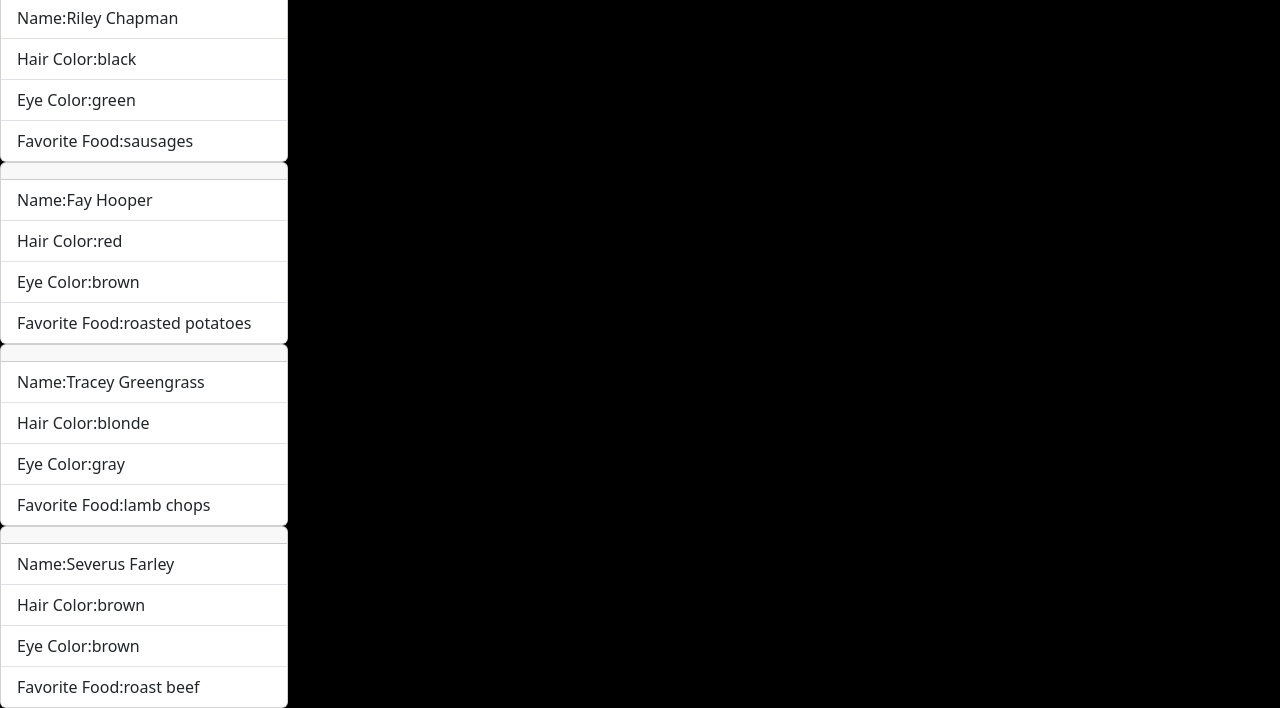
Repository: jontslater/INDIVIDUAL-PROJECT-sorting-hat
Page: index.html
An editor plug-in stored every save of this project. The page is shown before and after the next save, followed by the edit.
The browser window is 1280 px wide. The pictures show the part of the page from y = 541 to 1249 px (the page is 1249 px tall).
A picture or video elsewhere on the page could not be fetched, so the positions and the page height are approximate.

Above is the page before, as saved 2023-10-30 20:05:32.

### index.html
<!DOCTYPE html>
<html lang="en">
<head>
  <meta charset="UTF-8">
  <meta name="viewport" content="width=device-width, initial-scale=1.0">
  <title>SortingHat</title>

  <link href="https://cdn.jsdelivr.net/npm/bootstrap@5.3.2/dist/css/bootstrap.min.css" rel="stylesheet" integrity="sha384-T3c6CoIi6uLrA9TneNEoa7RxnatzjcDSCmG1MXxSR1GAsXEV/Dwwykc2MPK8M2HN" crossorigin="anonymous">
  <link rel="stylesheet" href="main.css">
</head>
<body>
  <div class="card">
    <div class="card-header">
      <img src="https://media.tenor.com/vkDuuNm40XoAAAAd/hogwarts-legacy-warner-bros-interactive-entertainment.gif" alt="">
    </div>
    <div class="card-body">
      <h5 class="card-title">Hello, I am the sorting hat!</h5>
      <p class="card-text">Right. Right then. Hmmmm. Right.... You are going to house .... </p>
      <button id="btn">Click here</button>
      <form id="form" class="names">
       <input type="text" id="firstLast" />First Name
       <input type="text" id="firstLast" />Last Name
       <input type="text" id="firstLast" />Hair color
       <input type="text" id="firstLast" />Eye color
       <input type="text" id="firstLast" />Favorite food
       <button type="submit" class="btn btn-primary">Enter House</button>
     </form>

    </div>
  </div>



  <div>

  </div>



  <div id="app"></div>

  <script src="https://cdn.jsdelivr.net/npm/bootstrap@5.3.2/dist/js/bootstrap.bundle.min.js" integrity="sha384-C6RzsynM9kWDrMNeT87bh95OGNyZPhcTNXj1NW7RuBCsyN/o0jlpcV8Qyq46cDfL" crossorigin="anonymous"></script>
  <script src="main.js"></script>
</body>
</html>

### main.js
const students =[
  {
    id: 1,
    firstName: "Riley",
    lastName: "Chapman",
    hairColor: "black",
    eyeColor: "green",
    favoriteFood: "sausages",
  },
  {
    id: 2,
    firstName: "Fay",
    lastName: "Hooper",
    hairColor: "red",
    eyeColor: "brown",
    favoriteFood: "roasted potatoes",
  },
  {
    id: 3,
    firstName: "Tracey",
    lastName: "Greengrass",
    hairColor: "blonde",
    eyeColor: "gray",
    favoriteFood: "lamb chops",
  },
  {
    id: 3,
    firstName: "Severus",
    lastName: "Farley",
    hairColor: "brown",
    eyeColor: "brown",
    favoriteFood: "roast beef",
  }
]
const app = document.querySelector("#app");
const btn = document.querySelector("#btn");

const renderToDom = (Students) =>{

  let domString = "";

  for(let student of students){

    domString += `<div class="card" style="width: 18rem;">
    <div class="card-header">
    </div>
    <ul class="list-group list-group-flush">

       <li class="list-group-item">Name:${student.firstName} ${student.lastName}
      <li class="list-group-item">Hair Color:${student.hairColor}
      <li class="list-group-item">Eye Color:${student.eyeColor}
      <li class="list-group-item">Favorite Food:${student.favoriteFood}
    </ul>
  </div>`
  }
  const app = document.querySelector("#app")
  app.innerHTML = domString
}

renderToDom(students)

btn.addEventListener("click", () => {
  const form = document.querySelector("form");

  if(form.style.display === "none"){
    form.style.display = "block";
  }else{
    form.style.display = "none";
  }
});

const form = document.querySelector("form");

const createStudent = (event) => {
  event.preventDefault();

  const newStudent = {
    id: students.length +1,
    firstName: document.querySelector("#firstName").value,
    lastName: document.querySelector("#lastName").value,
    hairColor: document.querySelector("hairColor").value,
    eyeColor: document.querySelector("#eyeColor").value,
    favoriteFood: document.querySelector("#favoriteFood").value,
  }
  students.push(newStudent);
  renderToDom(students);
  form.reset();
}
form.addEventListener("submit", createStudent)

Loaded but not shown: main.css (common file)

After the next save:
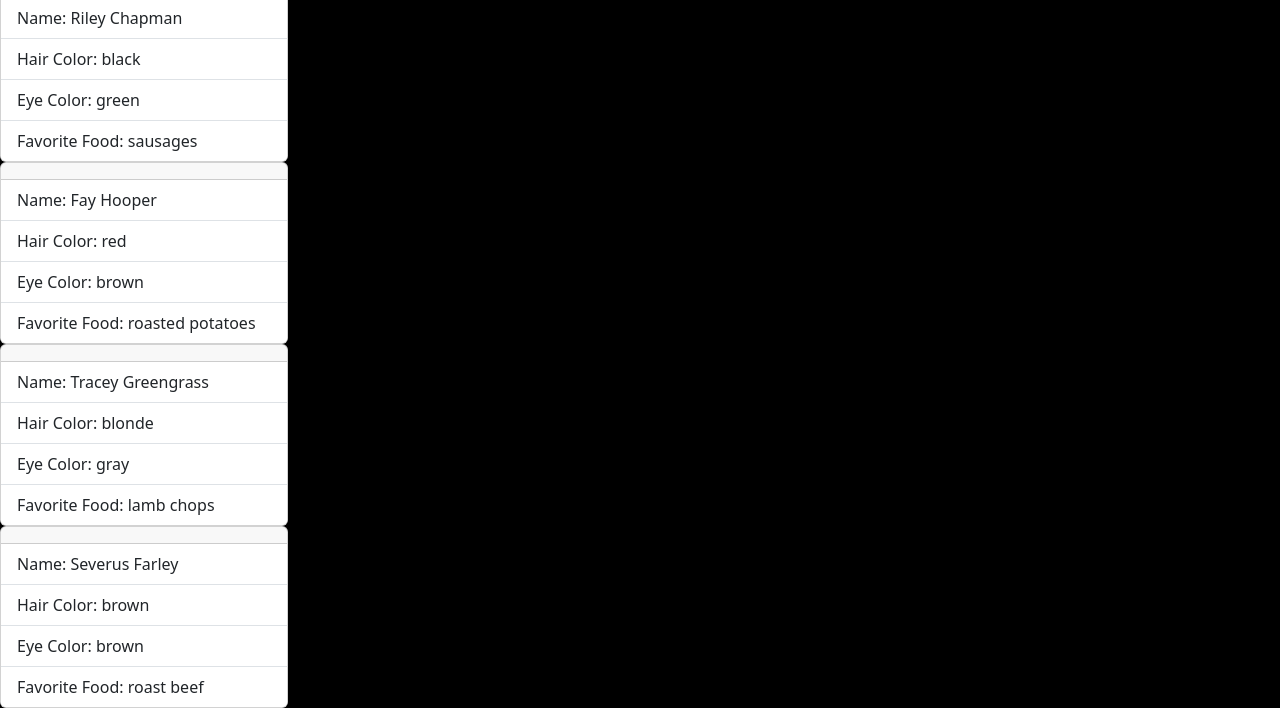
Saved 10 s later.
--- a/main.js
+++ b/main.js
@@ -46,10 +46,10 @@
     </div>
     <ul class="list-group list-group-flush">
 
-       <li class="list-group-item">Name:${student.firstName} ${student.lastName}
-      <li class="list-group-item">Hair Color:${student.hairColor}
-      <li class="list-group-item">Eye Color:${student.eyeColor}
-      <li class="list-group-item">Favorite Food:${student.favoriteFood}
+       <li class="list-group-item">Name: ${student.firstName} ${student.lastName}
+      <li class="list-group-item">Hair Color: ${student.hairColor}
+      <li class="list-group-item">Eye Color: ${student.eyeColor}
+      <li class="list-group-item">Favorite Food: ${student.favoriteFood}
     </ul>
   </div>`
   }
